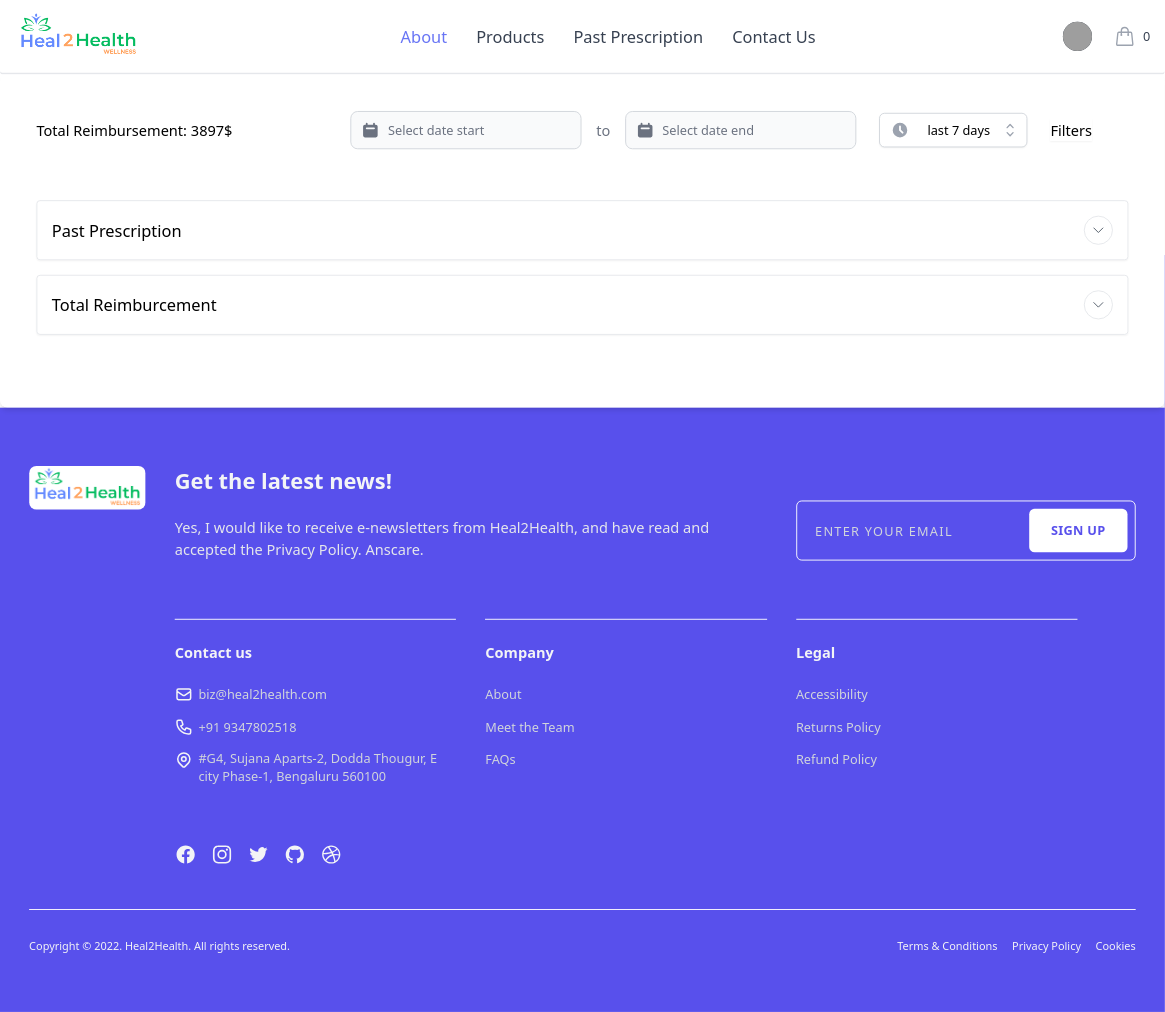
Repository: Akash123-coder/H2H
Page: /pastprescription (app in Frontend/)
These files come from the project's save history. The page is drawn as it stood at one moment and after the next save; the edit follows.
The browser window is 1280 px wide. The pictures show the whole page, at 91% of full size.
Pictures or frames that could not be fetched are drawn as grey boxes. The project was rebuilt for these pictures with package versions that can differ from the ones it lists, and the page was loaded fresh each time. Also part of the build but not shown: Frontend/vite.config.ts, Frontend/src/pages/About.tsx, Frontend/src/components/Cta.jsx, Frontend/src/pages/Home.jsx, Frontend/src/components/Product.tsx, Frontend/src/pages/Prescription.jsx, Frontend/src/pages/SignUp.jsx, Frontend/src/pages/Login.jsx and 1 more.

Above is the page before, as saved 2022-10-05 12:59:29.

### Frontend/index.html
<!DOCTYPE html>
<html lang="en">
  <head>
    <meta charset="UTF-8" />
    <link rel="icon" type="image/svg+xml" href="/vite.svg" />
    <meta name="viewport" content="width=device-width, initial-scale=1.0" />
    <title>Heal2Health</title>
  </head>
  <body>
    <div id="root"></div>
    <script type="module" src="/src/main.tsx"></script>
  </body>
</html>

### Frontend/src/main.tsx
import React from 'react'
import ReactDOM from 'react-dom/client'
import App from './App'
import './index.css'
import {BrowserRouter} from 'react-router-dom'

ReactDOM.createRoot(document.getElementById('root') as HTMLElement).render(
  <React.StrictMode>
    <BrowserRouter>
    <App />
    </BrowserRouter>
  </React.StrictMode>
)

### Frontend/src/App.jsx
import { Routes, Route } from "react-router-dom";
import Navbar from "./components/Navbar.jsx";
import { ShoppingCartProvider } from "./context/ShoppingCartContext";
import About from "./pages/About";
import Home from "./pages/Home";
import Prescription from "./pages/Prescription";
import SignUp from "./pages/SignUp";
import Footer from "./components/Footer";
import Login from "./pages/Login";
import Cart from "./pages/Cart";
import CompanyNameSelect from "./pages/CompanyNameSelect.jsx";
import PastPrescription from "./pages/PastPrescription.jsx";

function App() {
  return (
    <ShoppingCartProvider>
      <Navbar />
      <Routes>
        <Route path="/" element={<Home />} />
        <Route path="/prescription" element={<Prescription />} />
        <Route path="/about" element={<About />} />
        <Route path="/login" element={<Login />} />
        <Route path="/SignUp" element={<SignUp />} />
        <Route path="/pastprescription" element={<PastPrescription />} />
        {/* <Route path="/SignUp" element={<CompanyNameSelect />} /> */}
      </Routes>
      <Footer />
    </ShoppingCartProvider>
  );
}

export default App;

### Frontend/src/components/Navbar.jsx
// import user from '../assets/user.png'
import { useState } from 'react'
import logo from '../assets/logo.png'
import {NavLink} from 'react-router-dom'
import { ShoppingBagIcon } from "@heroicons/react/24/outline";
import Cart from '../pages/Cart'

function Navbar() {
    const [Active, setActive] = useState(true)

    const showMenu = () =>{
        setActive(!Active)
    }

  return (
    <div>
      <nav className="bg-white border-b-2  px-2 sm:px-4  py-2.5 rounded fixed-top sticky top-0  dark:bg-gray-900 ">
        <div className="container flex flex-wrap justify-between items-center mx-auto">
          <a href="/" className="flex items-center ">
            <img
              src={logo}
              className="mr-3 h-16 lg:h-14 sm:h-12"
              alt="Flowbite Logo"
            />
          </a>
          <div className="flex items-center md:order-2">
            <NavLink
              to="/login"
              type="button"
              className="flex mr-3 text-sm bg-gray-800 rounded-full md:mr-0 focus:ring-4 focus:ring-gray-300 dark:focus:ring-gray-600"
              id="user-menu-button"
              aria-expanded="false"
              data-dropdown-toggle="user-dropdown"
              data-dropdown-placement="bottom"
            >
              <span className="sr-only">Open user menu</span>
              <img
                className="w-8 h-8 rounded-full"
                src="https://images.pexels.com/photos/614810/pexels-photo-614810.jpeg?auto=compress&cs=tinysrgb&dpr=1&w=500"
                alt="user photo"
              />
            </NavLink>
            <Cart />

            <button
              data-collapse-toggle="mobile-menu-2"
              type="button"
              className="  inlinkne-flex items-center p-2 ml-1 text-sm text-gray-500 rounded-lg md:hidden hover:bg-gray-100 focus:outlinkne-none focus:ring-2 focus:ring-gray-200 dark:text-gray-400 dark:hover:bg-gray-700 dark:focus:ring-gray-600"
              aria-controls="mobile-menu-2"
              aria-expanded="false"
            >
              <span className="sr-only">Open main menu</span>
              <svg
                className="w-6 h-6"
                aria-hidden="true"
                onClick={showMenu}
                fill="currentColor"
                viewBox="0 0 20 20"
                xmlns="http://www.w3.org/2000/svg"
              >
                <path
                  fill-rule="evenodd"
                  d="M3 5a1 1 0 011-1h12a1 1 0 110 2H4a1 1 0 01-1-1zM3 10a1 1 0 011-1h12a1 1 0 110 2H4a1 1 0 01-1-1zM3 15a1 1 0 011-1h12a1 1 0 110 2H4a1 1 0 01-1-1z"
                  clinkp-rule="evenodd"
                ></path>
              </svg>
            </button>
          </div>
          <div
            className={
              !Active
                ? " justify-between items-center w-full md:flex md:w-auto md:order-1 border-b-stone-500"
                : "hidden"
            }
            id="mobile-menu-2"
          >
            <ul className="flex flex-col p-4 mt-4  bg-gray-50 rounded-lg border border-gray-100 md:flex-row md:space-x-8 md:mt-0 md:text-sm md:font-medium md:border-0 md:bg-white dark:bg-gray-800 md:dark:bg-gray-900 dark:border-gray-700">
              <NavLink to="/">
                <a
                  className="block py-2 pr-4 pl-3 text-lg text-white bg-indigo-700 rounded md:bg-transparent md:text-indigo-700 md:p-0 dark:text-white"
                  aria-current="page "
                  onClick={showMenu}
                >
                  About
                </a>
              </NavLink>
              {/* <NavLink to="/about">
                <a
                  className="block py-2 pr-4 pl-3 text-lg text-gray-700 rounded hover:bg-gray-100 md:hover:bg-transparent md:hover:text-indigo-700 md:p-0 dark:text-gray-400 md:dark:hover:text-white dark:hover:bg-gray-700 dark:hover:text-white md:dark:hover:bg-transparent dark:border-gray-700"
                  onClick={showMenu}
                >
                  About
                </a>
              </NavLink> */}

              <NavLink to="/Prescription">
                <a
                  href="#"
                  className="block py-2 pr-4 pl-3 text-lg text-gray-700 rounded hover:bg-gray-100 md:hover:bg-transparent md:hover:text-indigo-700 md:p-0 dark:text-gray-400 md:dark:hover:text-white dark:hover:bg-gray-700 dark:hover:text-white md:dark:hover:bg-transparent dark:border-gray-700"
                  onClick={showMenu}
                >
                  Products
                </a>
              </NavLink>
              <NavLink to="/PastPrescription">
                <a
                  href="#"
                  className="block py-2 pr-4 pl-3 text-lg text-gray-700 rounded hover:bg-gray-100 md:hover:bg-transparent md:hover:text-indigo-700 md:p-0 dark:text-gray-400 md:dark:hover:text-white dark:hover:bg-gray-700 dark:hover:text-white md:dark:hover:bg-transparent dark:border-gray-700"
                  onClick={showMenu}
                  to="/pastprescription"
                >
                  Past Prescription
                </a>
              </NavLink>

              <a
                href="#contact"
                className="block py-2 pr-4 pl-3 text-lg text-gray-700 rounded hover:bg-gray-100 md:hover:bg-transparent md:hover:text-indigo-700 md:p-0 dark:text-gray-400 md:dark:hover:text-white dark:hover:bg-gray-700 dark:hover:text-white md:dark:hover:bg-transparent dark:border-gray-700"
                onClick={showMenu}
              >
                Contact Us
              </a>
            </ul>
          </div>
          <div
            className={
              "hidden justify-between  items-center w-full md:flex md:w-auto md:order-1"
            }
            id="mobile-menu-2"
          >
            <ul className="flex flex-col p-4 mt-4  bg-gray-50 rounded-lg border border-gray-100 md:flex-row md:space-x-8 md:mt-0 md:text-sm md:font-medium md:border-0 md:bg-white dark:bg-gray-800 md:dark:bg-gray-900 dark:border-gray-700">
              <NavLink to="/">
                <a
                  href="#"
                  className="block py-2 pr-4 pl-3 text-lg text-white bg-indigo-700 rounded md:bg-transparent md:text-indigo-500 md:p-0 dark:text-white"
                  aria-current="page"
                >
                  About
                </a>
              </NavLink>
              {/* <NavLink to="/about">
                <a
                  href="#"
                  className="block py-2 pr-4 pl-3 text-gray-700 rounded text-lg hover:bg-gray-100 md:hover:bg-transparent md:hover:text-indigo-700 md:p-0 dark:text-gray-400 md:dark:hover:text-white dark:hover:bg-gray-700 dark:hover:text-white md:dark:hover:bg-transparent dark:border-gray-700"
                >
                  About
                </a>
              </NavLink> */}

              <NavLink to="/prescription">
                <a
                  href="#"
                  className="block py-2 pr-4 pl-3 text-gray-700 rounded text-lg hover:bg-gray-100 md:hover:bg-transparent md:hover:text-indigo-500 md:p-0 dark:text-gray-400 md:dark:hover:text-white dark:hover:bg-gray-700 dark:hover:text-white md:dark:hover:bg-transparent dark:border-gray-700"
                >
                  Products
                </a>
              </NavLink>
              <NavLink to="/PastPrescription">
                <a
                  href="#"
                  className="block py-2 pr-4 pl-3 text-lg text-gray-700 rounded hover:bg-gray-100 md:hover:bg-transparent md:hover:text-indigo-700 md:p-0 dark:text-gray-400 md:dark:hover:text-white dark:hover:bg-gray-700 dark:hover:text-white md:dark:hover:bg-transparent dark:border-gray-700"
                  to="/pastprescription"
                >
                  Past Prescription
                </a>
              </NavLink>
              <a
                href="#contact"
                className="block py-2 pr-4 pl-3 text-gray-700 rounded text-lg hover:bg-gray-100 md:hover:bg-transparent md:hover:text-indigo-500 md:p-0 dark:text-gray-400 md:dark:hover:text-white dark:hover:bg-gray-700 dark:hover:text-white md:dark:hover:bg-transparent dark:border-gray-700"
              >
                Contact Us
              </a>
            </ul>
          </div>
        </div>
      </nav>
    </div>
  );
}

export default Navbar

### Frontend/src/context/ShoppingCartContext.tsx
import {useContext ,useState, createContext ,ReactNode} from 'react'

const ShoppingCartContext = createContext({})

type ShoppingCartProviderProps ={
    children: ReactNode
}
type CartItem = {
    id: number
    quantity:number
}


type ShoppingCartContext ={
    CartQuantity:number
    CartItems:CartItem[]
    getItemQuantity:(id: number) => number
    increaseItemQuantity:(id: number) => void
    decreaseItemQuantity:(id: number) => void
    removeFromCart:(id: number) => void
}

export function useShoppingCart() {
  return ( useContext(ShoppingCartContext)
  )
}

export function ShoppingCartProvider({children}:ShoppingCartProviderProps){
    const [cartItems ,setCartItems] = useState<CartItem>([]);

    const CartQuantity = cartItems.reduce(
        (quantity ,item) => item.quantity + quantity,0
    )

    function getItemQuantity(id : number){
        return cartItems.find( item => item.id === id)?.quantity || 0
    }
    function increaseItemQuantity(id : number){
         setCartItems(currItems =>{
            if(currItems.find(item => item.id === id)==null){
                return [...currItems, {id , quantity : 1}]

            } else {
                return currItems.map(item =>{
                    if(item.id === id ){
                        return {...item ,quantity: item.quantity + 1}
                    }else{
                        return item
                    }
                })
            }
         })
    }
    function decreaseItemQuantity(id: number) {
        setCartItems(currItems => {
          if (currItems.find(item => item.id === id)?.quantity === 1) {
            return currItems.filter(item => item.id !== id)
          } else {
            return currItems.map(item => {
              if (item.id === id) {
                return { ...item, quantity: item.quantity - 1 }
              } else {
                return item
              }
            })
          }
        })
      }
    function removeFromCart(id : number){
        setCartItems(currItems =>{
            return currItems.filter(item =>item.id!==id)
        })
    }
    return (

        <ShoppingCartContext.Provider value = {{getItemQuantity,increaseItemQuantity,decreaseItemQuantity ,removeFromCart,cartItems,CartQuantity}}>
            {children}
        </ShoppingCartContext.Provider>
    )
}

### Frontend/src/pages/PastPrescription.jsx

import React from 'react'
import { AccodianData } from '../components/AccodianData';
import DatePickercomp from '../components/DatePickercomp';
import Select from '../components/Select';

function PastPrescription() {

  return (
    <div>
      <div class="overflow-x-auto relative shadow-md sm:rounded-lg p-10">
        <div class="flex justify-between items-center pb-4">
          <div className="relative">
            <div
              id="table-Reimbursement"
              class="flex flex-nowrap items-center pl-10 w-80 text-sm text-gray-900 bg-gray-50 rounded-lg focus:ring-blue-500 focus:border-blue-500 dark:bg-gray-700 dark:border-gray-600 dark:placeholder-gray-400 dark:text-white dark:focus:ring-blue-500 dark:focus:border-blue-500"
            />
            Total Reimbursement: 3897$
          </div>
          <div className="flex ">
          <DatePickercomp />
          </div>
          <Select />
          <button type="button" class="btn btn-light mr-10 shadow-sm" data-toggle="collapse" data-target="#filters">Filters</button>
        </div>
        <AccodianData/>

      </div>
    </div>
  );
}

export default PastPrescription

### Frontend/src/components/DatePickercomp.jsx
// import  React from "react";
// import TextField from "@mui/material/TextField";
// import Box from "@mui/material/Box";
// import { LocalizationProvider } from "@mui/x-date-pickers-pro";
// import { AdapterDayjs } from "@mui/x-date-pickers-pro/AdapterDayjs";
// import { DateRangePicker } from "@mui/x-date-pickers-pro/DateRangePicker";

// export default function BasicDateRangePicker() {
//   const [value, setValue] = React.useState([null, null]);

//   return (
//     <LocalizationProvider
//       dateAdapter={AdapterDayjs}
//       localeText={{ start: "Check-in", end: "Check-out" }}
//     >
//       <DateRangePicker
//         value={value}
//         onChange={(newValue) => {
//           setValue(newValue);
//         }}
//         renderInput={(startProps, endProps) => (
//           <React.Fragment>
//             <TextField {...startProps} />
//             <Box sx={{ mx: 2 }}> to </Box>
//             <TextField {...endProps} />
//           </React.Fragment>
//         )}
//       />
//     </LocalizationProvider>
//   );
// }

import React from 'react'

function DatePickercomp() {
  return (
    <div>
<div date-rangepicker="" class="flex items-center">
  <div class="relative">
    <div class="flex absolute inset-y-0 left-0 items-center pl-3 pointer-events-none">
        <svg aria-hidden="true" class="w-5 h-5 text-gray-500 dark:text-gray-400" fill="currentColor" viewBox="0 0 20 20" xmlns="http://www.w3.org/2000/svg"><path fill-rule="evenodd" d="M6 2a1 1 0 00-1 1v1H4a2 2 0 00-2 2v10a2 2 0 002 2h12a2 2 0 002-2V6a2 2 0 00-2-2h-1V3a1 1 0 10-2 0v1H7V3a1 1 0 00-1-1zm0 5a1 1 0 000 2h8a1 1 0 100-2H6z" clip-rule="evenodd"></path></svg>
    </div>
    <input name="start" type="text" class="bg-gray-50 border border-gray-300 text-gray-900 sm:text-sm rounded-lg focus:ring-blue-500 focus:border-blue-500 block w-full pl-10 p-2.5 dark:bg-gray-700 dark:border-gray-600 dark:placeholder-gray-400 dark:text-white dark:focus:ring-blue-500 dark:focus:border-blue-500 datepicker-input" placeholder="Select date start"/>
  </div>
  <span class="mx-4 text-gray-500">to</span>
  <div class="relative">
    <div class="flex absolute inset-y-0 left-0 items-center pl-3 pointer-events-none">
        <svg aria-hidden="true" class="w-5 h-5 text-gray-500 dark:text-gray-400" fill="currentColor" viewBox="0 0 20 20" xmlns="http://www.w3.org/2000/svg"><path fill-rule="evenodd" d="M6 2a1 1 0 00-1 1v1H4a2 2 0 00-2 2v10a2 2 0 002 2h12a2 2 0 002-2V6a2 2 0 00-2-2h-1V3a1 1 0 10-2 0v1H7V3a1 1 0 00-1-1zm0 5a1 1 0 000 2h8a1 1 0 100-2H6z" clip-rule="evenodd"></path></svg>
    </div>
    <input name="end" type="text" class="bg-gray-50 border border-gray-300 text-gray-900 sm:text-sm rounded-lg focus:ring-blue-500 focus:border-blue-500 block w-full pl-10 p-2.5 dark:bg-gray-700 dark:border-gray-600 dark:placeholder-gray-400 dark:text-white dark:focus:ring-blue-500 dark:focus:border-blue-500 datepicker-input" placeholder="Select date end"/>
</div>
</div>
</div>
  )
}

export default DatePickercomp

### Frontend/src/components/Select.jsx
/* This example requires Tailwind CSS v2.0+ */
import { Fragment, useState } from "react";
import { Listbox, Transition } from "@headlessui/react";
import { CheckIcon, ChevronUpDownIcon } from "@heroicons/react/20/solid";

const people = [
  {
    id: 5,
    name: "Till date",
  },
  {
    id: 1,
    name: " last 30 days",
  },
  {
    id: 2,
    name: "last day",
  },
  {
    id: 3,
    name: "last 7 days",
  },
  {
    id: 4,
    name: "last 6 months",
  },
];

function classNames(...classes) {
  return classes.filter(Boolean).join(" ");
}

export default function Select() {
  const [selected, setSelected] = useState(people[3]);

  return (
    <Listbox value={selected} onChange={setSelected}>
      {({ open }) => (
        <>
          <div className="relative ">
            <Listbox.Button className="relative w-full  cursor-default rounded-md border border-gray-300 bg-white py-2 pl-3 pr-10 text-left shadow-sm focus:border-indigo-500 focus:outline-none focus:ring-1 focus:ring-indigo-500 sm:text-sm">
              <span className="flex items-center">
                <svg
                  class="mr-2 w-5 h-5 text-gray-400"
                  aria-hidden="true"
                  fill="currentColor"
                  viewBox="0 0 20 20"
                  xmlns="http://www.w3.org/2000/svg"
                >
                  <path
                    fill-rule="evenodd"
                    d="M10 18a8 8 0 100-16 8 8 0 000 16zm1-12a1 1 0 10-2 0v4a1 1 0 00.293.707l2.828 2.829a1 1 0 101.415-1.415L11 9.586V6z"
                    clip-rule="evenodd"
                  ></path>
                </svg>
                <span className="ml-3 block truncate">{selected.name}</span>
              </span>
              <span className="pointer-events-none absolute inset-y-0 right-0 ml-3 flex items-center pr-2">
                <ChevronUpDownIcon
                  className="h-5 w-5 text-gray-400"
                  aria-hidden="true"
                />
              </span>
            </Listbox.Button>

            <Transition
              show={open}
              as={Fragment}
              leave="transition ease-in duration-100"
              leaveFrom="opacity-100"
              leaveTo="opacity-0"
            >
              <Listbox.Options className="absolute z-10 mt-1 max-h-56 w-full overflow-auto rounded-md bg-white py-1 text-base shadow-lg ring-1 ring-black ring-opacity-5 focus:outline-none sm:text-sm">
                {people.map((person) => (
                  <Listbox.Option
                    key={person.id}
                    className={({ active }) =>
                      classNames(
                        active ? "text-white bg-indigo-600" : "text-gray-900",
                        "relative cursor-default select-none py-2 pl-3 pr-9"
                      )
                    }
                    value={person}
                  >
                    {({ selected, active }) => (
                      <>
                        <div className="flex items-center">

                          <span
                            className={classNames(
                              selected ? "font-semibold" : "font-normal",
                              "ml-3 block truncate"
                            )}
                          >
                            {person.name}
                          </span>
                        </div>

                        {selected ? (
                          <span
                            className={classNames(
                              active ? "text-white" : "text-indigo-600",
                              "absolute inset-y-0 right-0 flex items-center pr-4"
                            )}
                          >
                            <CheckIcon className="h-5 w-5" aria-hidden="true" />
                          </span>
                        ) : null}
                      </>
                    )}
                  </Listbox.Option>
                ))}
              </Listbox.Options>
            </Transition>
          </div>
        </>
      )}
    </Listbox>
  );
}

### Frontend/tailwind.config.cjs
/** @type {import('tailwindcss').Config} */
module.exports = {
  content: [
    "./src/**/*.{js,jsx,ts,tsx}",
    "node_modules/flowbite-react/**/*.{js,jsx,ts,tsx}",
  ],
  theme: {
    extend: {},
  },
  plugins: [require("flowbite/plugin"), require("@tailwindcss/forms")],
};

Loaded but not shown: Frontend/src/index.css (common file); Frontend/src/components/Footer.jsx (300 lines, source omitted); Frontend/src/components/AccodianData.jsx (333 lines, source omitted); Frontend/src/pages/Cart.jsx (227 lines, source omitted)

After the next save:
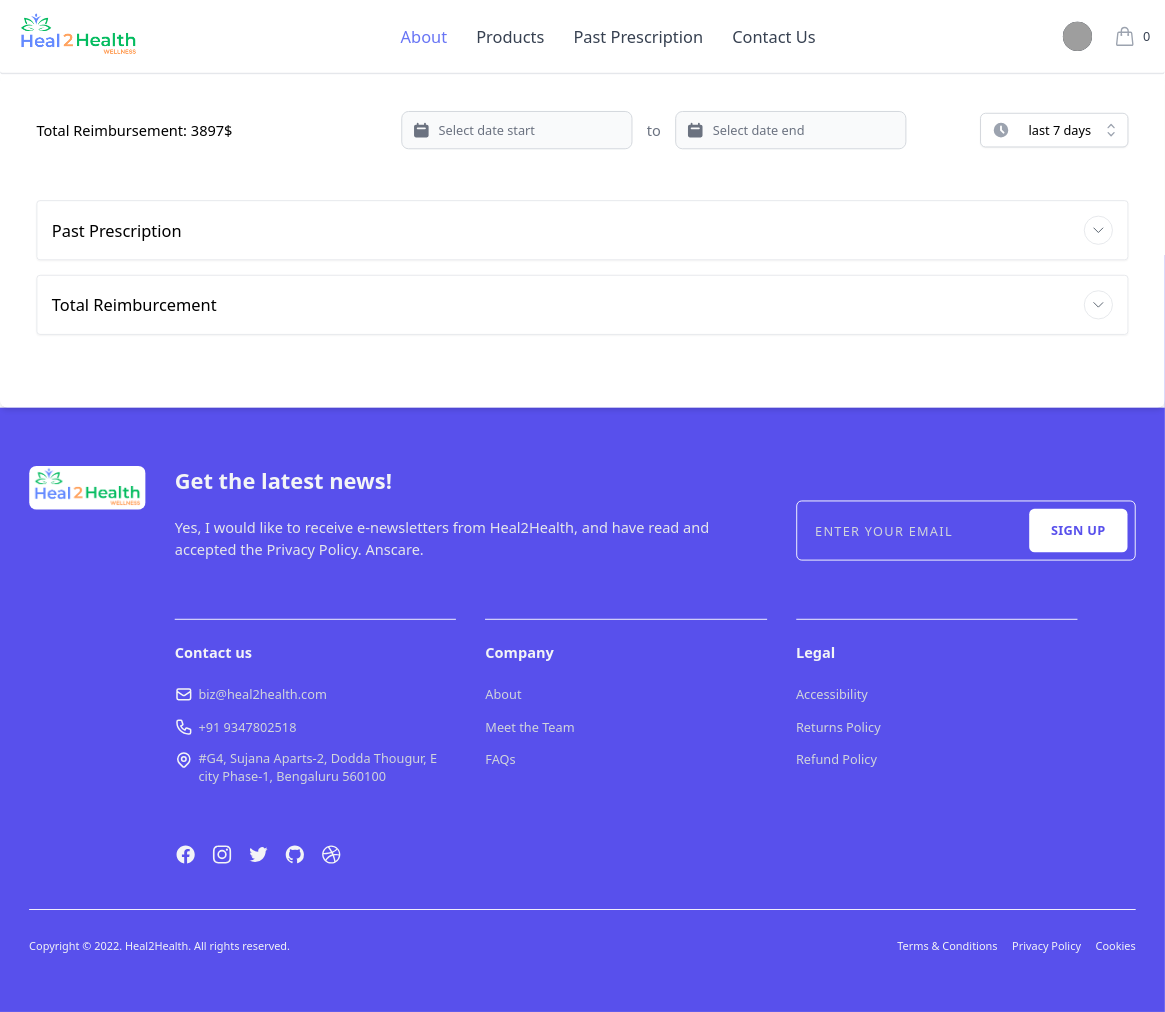
Saved 30 s later.
--- a/Frontend/src/pages/PastPrescription.jsx
+++ b/Frontend/src/pages/PastPrescription.jsx
@@ -21,7 +21,6 @@ function PastPrescription() {
           <DatePickercomp />
           </div>
           <Select />
-          <button type="button" class="btn btn-light mr-10 shadow-sm" data-toggle="collapse" data-target="#filters">Filters</button>
         </div>
         <AccodianData/>
 
